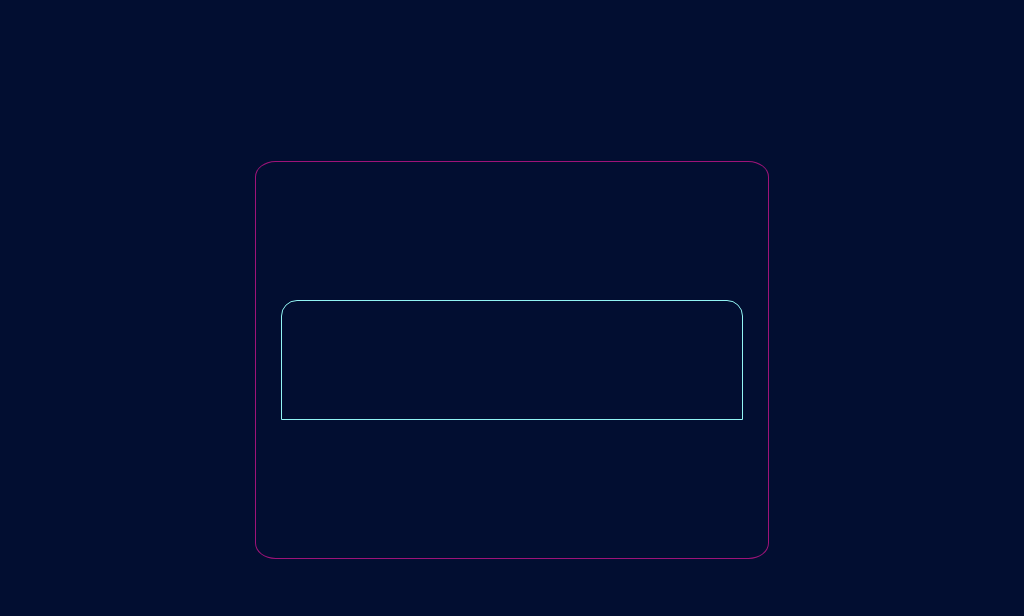
Repository: 2001mariana/Calculator_react
Page: /
These files come from the project's save history. The page is drawn as it stood at one moment and after a run of saves; the edit follows.
The browser window is 1024 px wide. The pictures show the whole page.
The project was rebuilt for these pictures with package versions that can differ from the ones it lists, and the page was loaded fresh each time.

Above is the page before, as saved 2023-02-06 17:33:04.

After the next 3 saves:
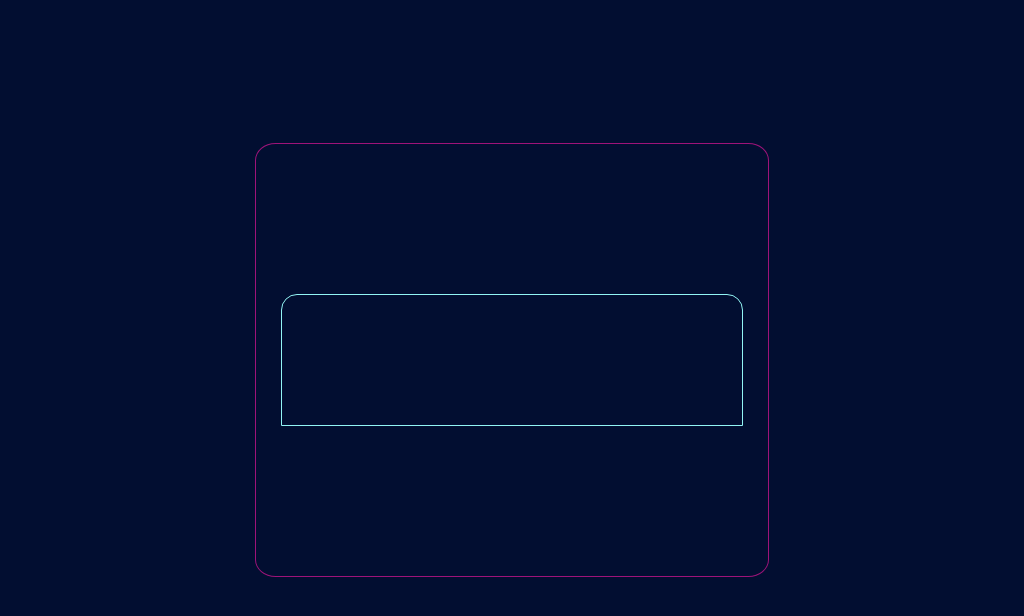
The 3 saves are shown as one change because they came seconds apart.
The last was saved 24 s later.
--- a/src/App.css
+++ b/src/App.css
@@ -33,6 +33,7 @@
 @media (max-width: 1100px) {
   .Calculator__body {
     width: 50vw;
+    height: 60vh;
   }
 }
 
